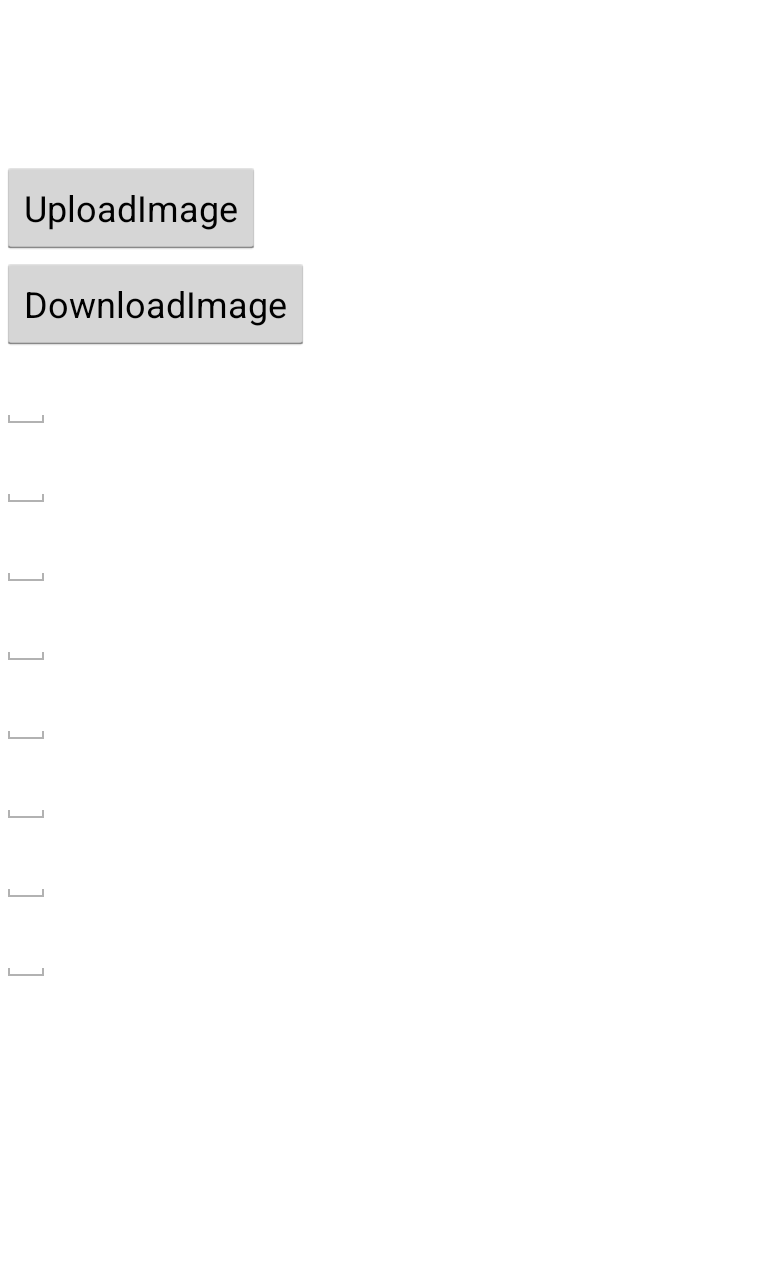
Repository: HSUmod/nanumi
Layout: Nanumi/ImageSendTest/res/layout/activity_main.xml
An editor plug-in stored every save of this project. The layout is shown before and after the next save, followed by the edit.
It is drawn on a 768 x 1280 px phone screen (xhdpi) without system bars, with theme AppTheme; the app's code is not run.

Above is the layout before, as saved 2015-11-17 07:28:59.

After the next save:
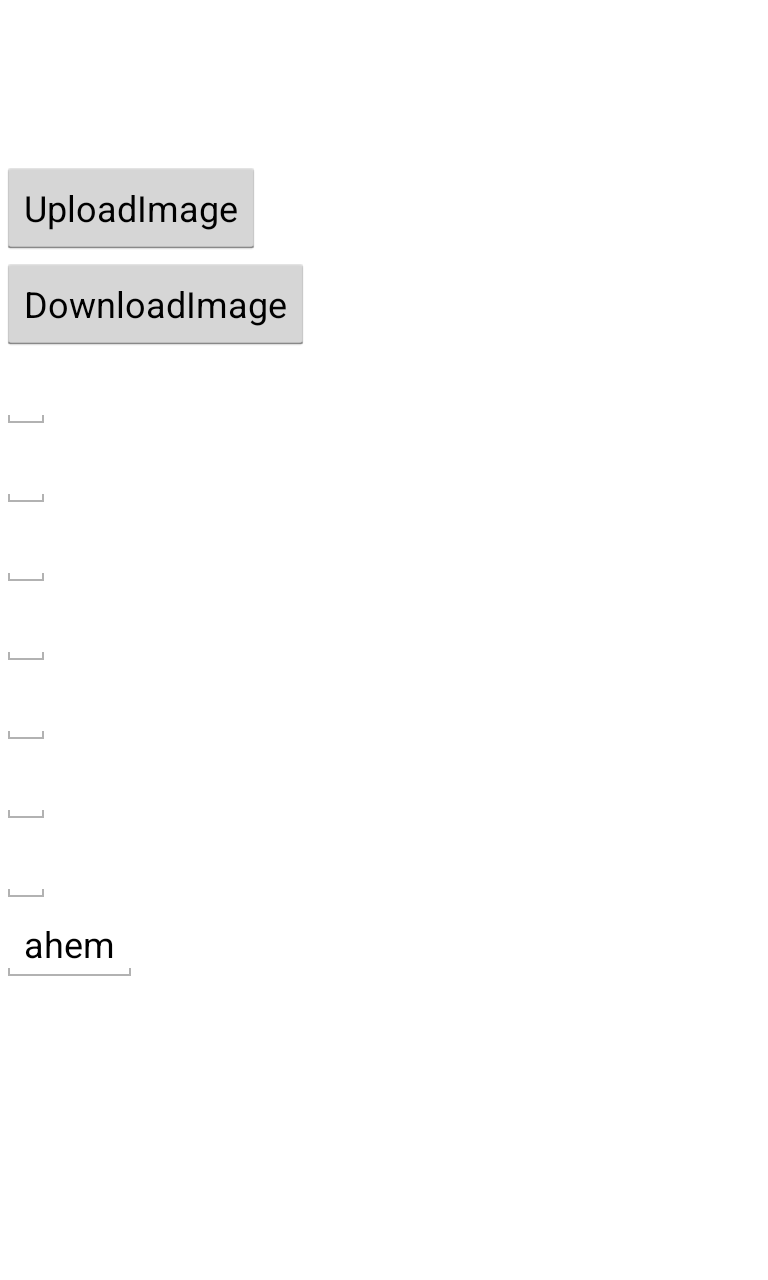
Saved 39 s later.
--- a/Nanumi/ImageSendTest/res/layout/activity_main.xml
+++ b/Nanumi/ImageSendTest/res/layout/activity_main.xml
@@ -69,8 +69,9 @@
         android:layout_height="wrap_content" />
 
     <EditText
-        android:id="@+id/userid"
+        android:id="@+id/selectionWay"
         android:layout_width="wrap_content"
-        android:layout_height="wrap_content" />
+        android:layout_height="wrap_content"
+        android:text="ahem" />
 
 </LinearLayout>
